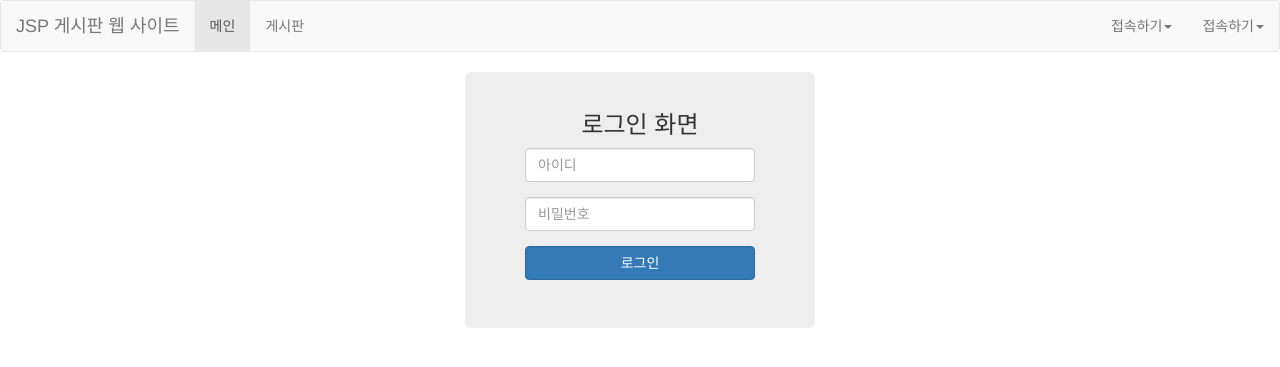
Repository: Jeongyounghyeon/JSP_board
Page: http://localhost/BBS/bbs.jsp
The author's editor kept a copy of each file at every save. The page is drawn from the files as they stood at one save, then again after the next save.
The browser window is 1280 px wide. The pictures show the whole page.
Some web libraries are served in a nearby version. The page is served by Tomcat 9.

Above is the page before, as saved 2022-04-06 05:09:53.

After the next save:
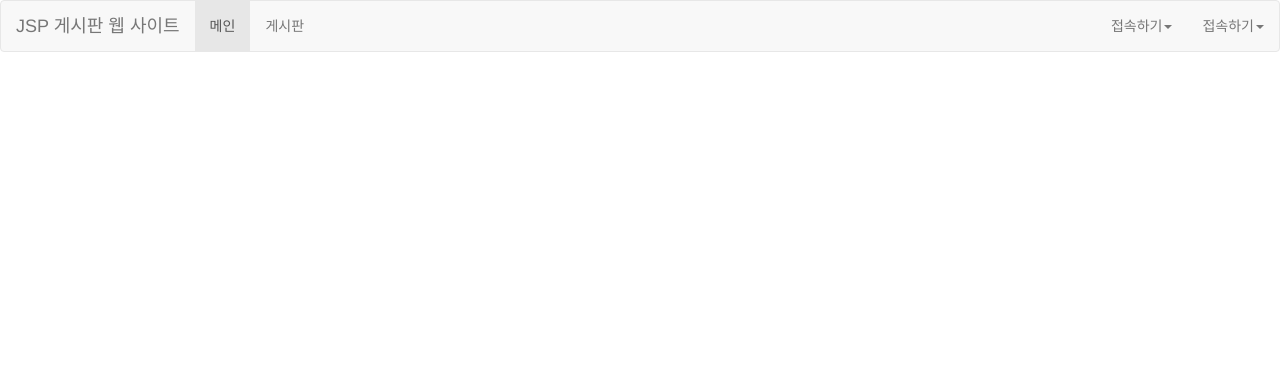
Saved 36 s later.
--- a/projects/BBS/src/main/webapp/bbs.jsp
+++ b/projects/BBS/src/main/webapp/bbs.jsp
@@ -75,24 +75,6 @@
 			</ul>
 		</div>
 	</nav>
-	<div class = "container">
-		<div class = "col-lg-4"></div>
-		<div class = "col-lg-4">
-			<div class = "jumbotron" style = "padding-top: 20px;">
-				<form method = "post" action = "loginAction.jsp">
-					<h3 style = "text-align: center;">로그인 화면</h3>
-					<div class = "form-group">
-						<input type = "text" class = "form-control" placeholder ="아이디" name = "userID" maxlength="20">
-					</div>
-					<div class = "form-group">
-						<input type = "password" class = "form-control" placeholder ="비밀번호" name = "userPassword" maxlength="20">
-					</div>
-					<input type = "submit" class = "btn btn-primary form-control" value = "로그인">
-				</form>
-			</div>
-		</div>
-		<div class = "col-lg-4"></div>
-	</div>
 	<script src = "https://code.jquery.com/jquery-3.1.1.min.js"></script>
 	<script src = "js/bootstrap.js"></script>
 </body>
